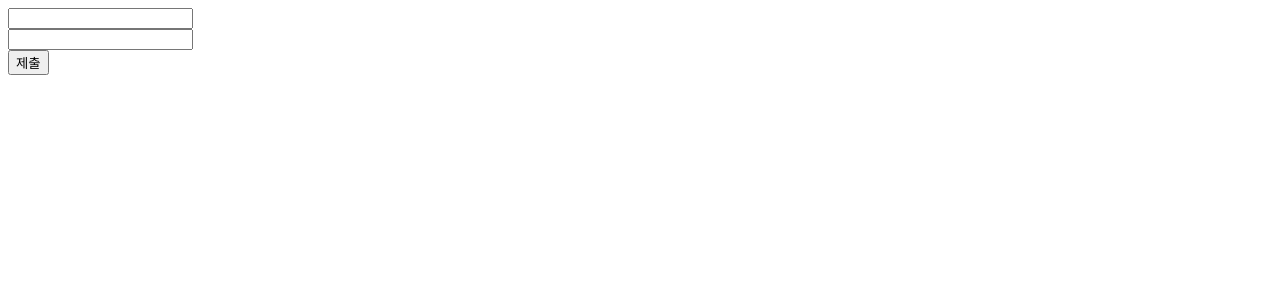
Repository: Yingjae/Spring
Page: http://localhost/SpringBasic/dataForm
An editor plug-in stored every save of this project. The page is shown before and after the next save, followed by the edit.
The browser window is 1280 px wide. The pictures show the whole page.
The page is served by Tomcat 9. Other server files are loaded and not shown.

Above is the page before, as saved 2022-03-30 03:30:26.

### SpringBasic/src/main/webapp/WEB-INF/views/dataForm.jsp
<%@ page language="java" contentType="text/html; charset=UTF-8"
    pageEncoding="UTF-8"%>
<!DOCTYPE html>
<html>
<head>
<meta charset="UTF-8">
<title>Insert title here</title>
</head>
<body>
	<form action="/getData" method="get">
		<input type="text" name="data1" /><br/>
		<input type="number" name="data2" /><br/>
		<input type="submit" value="제출">
	</form>
</body>
</html>

After the next save:
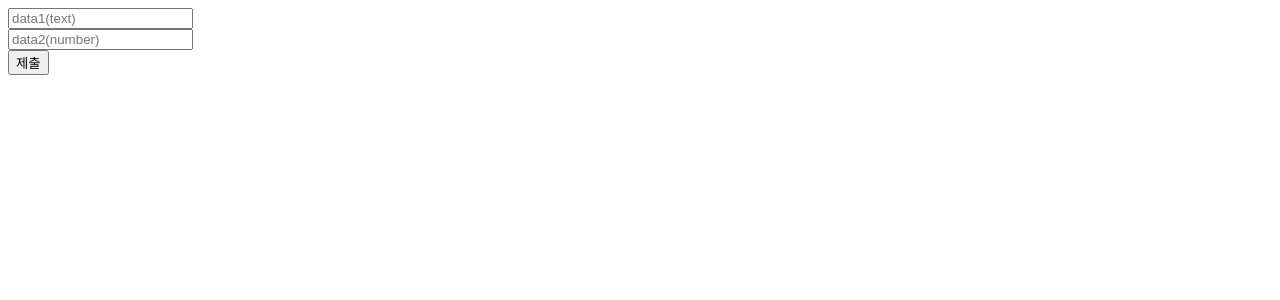
Saved 2 min 57 s later.
--- a/SpringBasic/src/main/webapp/WEB-INF/views/dataForm.jsp
+++ b/SpringBasic/src/main/webapp/WEB-INF/views/dataForm.jsp
@@ -8,8 +8,8 @@
 </head>
 <body>
 	<form action="/getData" method="get">
-		<input type="text" name="data1" /><br/>
-		<input type="number" name="data2" /><br/>
+		<input type="text" name="data1" placeholder="data1(text)"/><br/>
+		<input type="number" name="data2" placeholder="data2(number)"/><br/>
 		<input type="submit" value="제출">
 	</form>
 </body>
